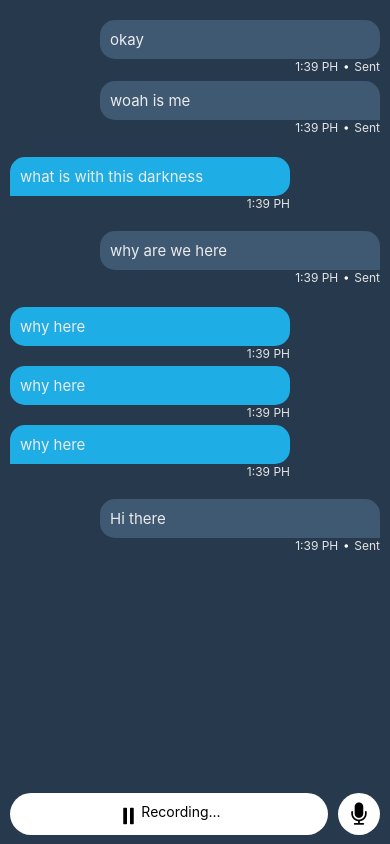
Repository: TemoshoS/chatta
Screen: /ChatRoom
The author's editor kept a copy of each file at every save. The screen is drawn from the files as they stood at one save, then again after a run of saves.
The page's requests for data from a server got no answer. The app was drawn by React Native's web renderer in a window 390 px wide. The project was rebuilt for these pictures with package versions that can differ from the ones it lists, and the page was loaded fresh each time. Some packages were replaced by stand-ins written for this rebuild. No one was signed in, and anything a server would have sent is missing. Also part of the build but not shown: components/ChatListItem.js, components/HomeSearchComponent.js, components/CameraComponent.js, components/ChatRequest.js, components/FAB.js, pages/HomeScreen.js, pages/RegisterScreen.js, pages/LoginScreen.js.

Above is the screen before, as saved 2023-08-23 14:41:05.

After the next 5 saves:
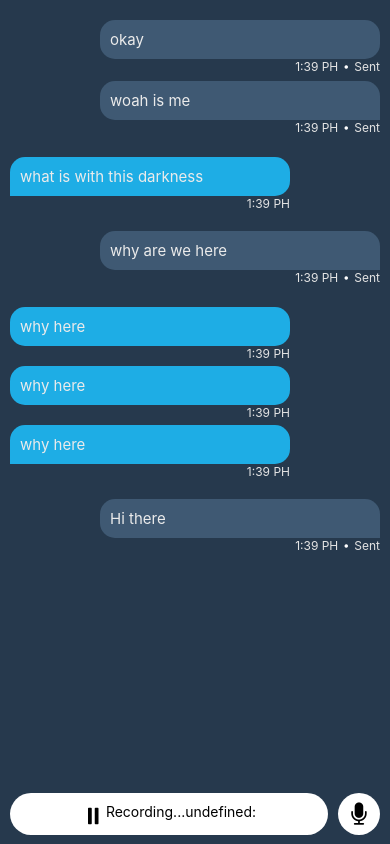
The 5 saves are shown as one change because 1 did not build or start and some came seconds apart.
The last was saved 104 s later.
--- a/components/ChatInputComponent.js
+++ b/components/ChatInputComponent.js
@@ -74,7 +74,7 @@ export default function ChatInputComponent({
             </TouchableOpacity>
             <Text>Recording...</Text>
             <View>
-                <Text>{}</Text>
+                <Text>{hours+ ':'}</Text>
                 <Text>{}</Text>
                 <Text>{}</Text>
             </View>
